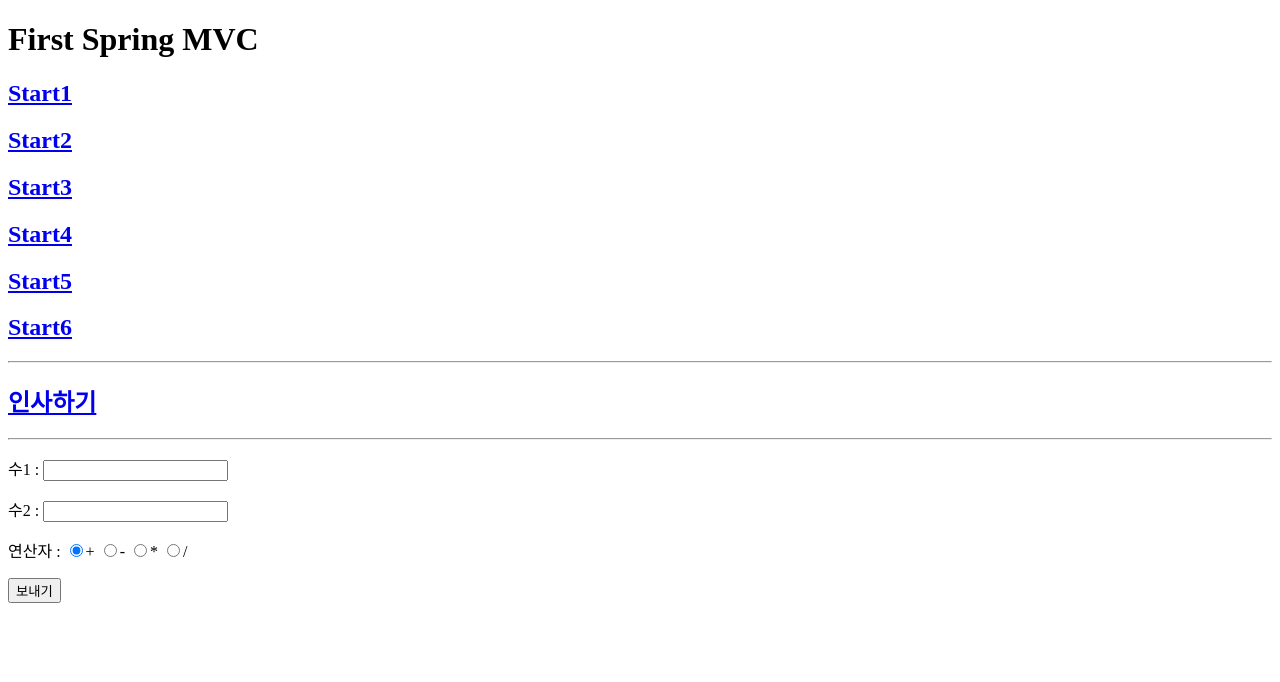
Repository: Developer120000/spring_mvc_study
Page: http://localhost/spring_mvc02/
An editor plug-in stored every save of this project. The page is shown before and after the next save, followed by the edit.
The browser window is 1280 px wide. The pictures show the whole page.
The page is served by Tomcat 9. Other server files are loaded and not shown.

Above is the page before, as saved 2024-03-19 04:09:57.

### spring_mvc02/src/main/webapp/WEB-INF/views/index.jsp
<%@ page language="java" contentType="text/html; charset=UTF-8"
    pageEncoding="UTF-8"%>
<!DOCTYPE html>
<html>
<head>
<meta charset="UTF-8">
<title>Insert title here</title>
</head>
<body>
	<h1>First Spring MVC</h1>
	<!-- 확장자가 .do 이름 이므로 web.xml 에서 지정한 servlet-context.xml (DispatcherServlet) 으로 간다 -->
	<h2><a href="start1.do">Start1</a></h2>
	<h2><a href="start2.do">Start2</a></h2>
	<h2><a href="start3.do">Start3</a></h2>
	<h2><a href="start4.do">Start4</a></h2>
	<h2><a href="start5.do">Start5</a></h2>
	<h2><a href="start6.do">Start6</a></h2>
	<hr>

	<h2><a href="hello.do">인사하기</a></h2>
	<hr>
	<form action="calc.do" method="post">
		<p>수1 : <input type="number" size="15" name="s1" required></p>
		<p>수2 : <input type="number" size="15" name="s2" required></p>
		<p>연산자 :
			<input type="radio" name="op" value="+" checked>+
			<input type="radio" name="op" value="-">-
			<input type="radio" name="op" value="*">*
			<input type="radio" name="op" value="/">/
		</p>
		<input type="hidden" name="cPage" value="2">
		<input type="submit" value="보내기">
	</form>
</body>
</html>

After the next save:
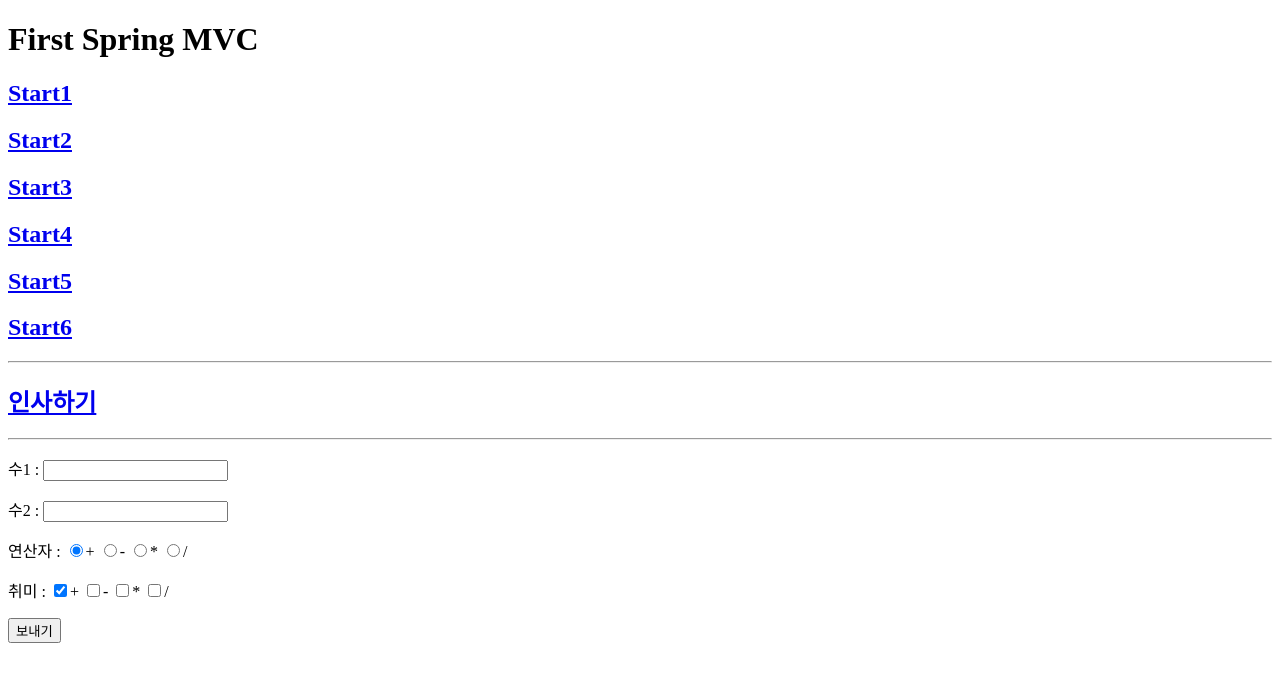
Saved 2 min 20 s later.
--- a/spring_mvc02/src/main/webapp/WEB-INF/views/index.jsp
+++ b/spring_mvc02/src/main/webapp/WEB-INF/views/index.jsp
@@ -28,6 +28,12 @@
 			<input type="radio" name="op" value="*">*
 			<input type="radio" name="op" value="/">/
 		</p>
+		<p>취미 :
+			<input type="checkbox" name="op" value="+" checked>+
+			<input type="checkbox" name="op" value="-">-
+			<input type="checkbox" name="op" value="*">*
+			<input type="checkbox" name="op" value="/">/
+		</p>
 		<input type="hidden" name="cPage" value="2">
 		<input type="submit" value="보내기">
 	</form>
